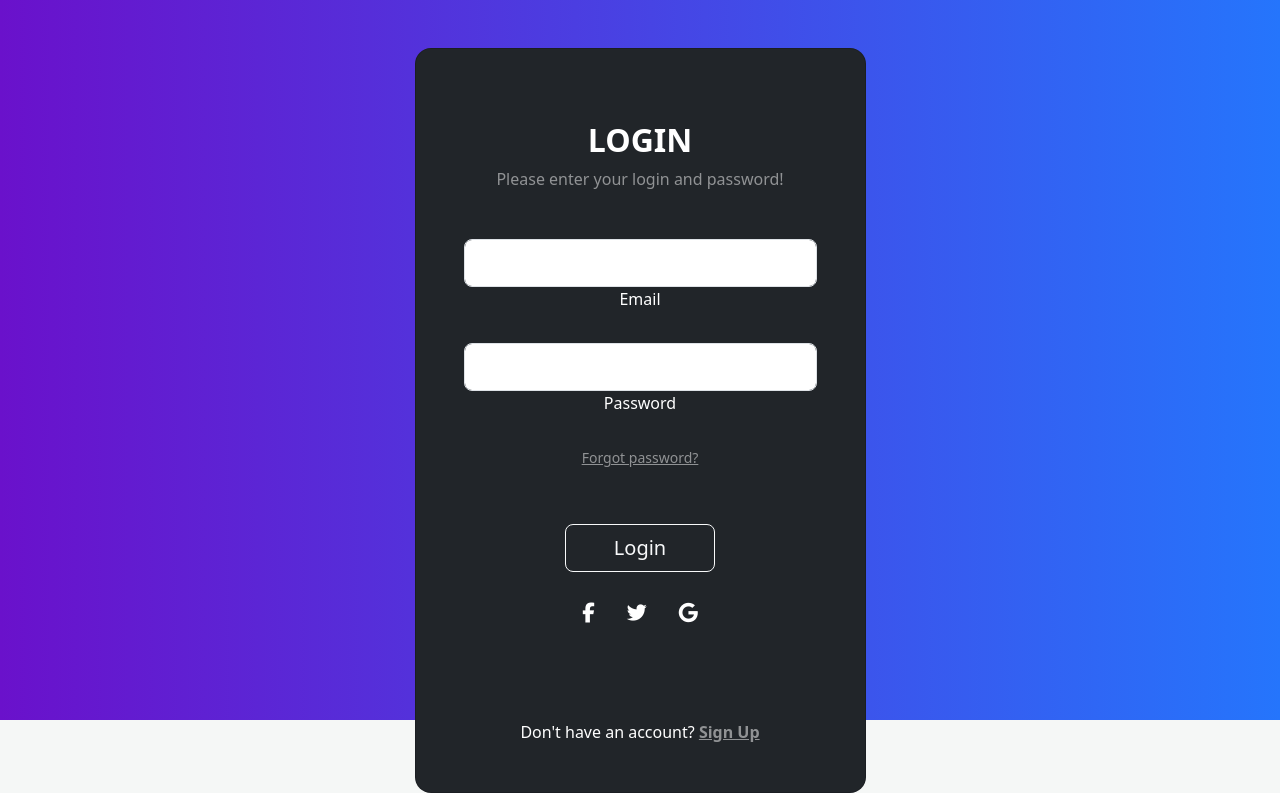
Repository: mihoag/E-commerce-Website
Page: http://localhost/login
An editor plug-in stored every save of this project. The page is shown before and after a run of saves, followed by the edit.
The browser window is 1280 px wide. The pictures show the whole page.
Some web libraries are served in a nearby version. The page is this project's Thymeleaf template; nobody is signed in. The template is opened directly, without the code that normally fills it, so the values that code supplies are empty.

Above is the page before, as saved 2024-07-28 07:27:27.

### EcommerceShop/MyShopWebParent/MyShopBackend/src/main/resources/templates/login.html
<!DOCTYPE html>
<html xmlns:th = "http://www.thymeleaf.org">
<head th:replace="fragment :: html_file" />
<body style="background-color: #f5f7f6;">
   <section class="vh-100 gradient-custom">
  <div class="container py-5 h-100">
    <div class="row d-flex justify-content-center align-items-center h-100">
      <div class="col-12 col-md-8 col-lg-6 col-xl-5">
        <div class="card bg-dark text-white" style="border-radius: 1rem;">
          <div class="card-body p-5 text-center">

            <div class="mb-md-5 mt-md-4 pb-5">

              <h2 class="fw-bold mb-2 text-uppercase">Login</h2>
              <p class="text-white-50 mb-5">Please enter your login and password!</p>

              <div data-mdb-input-init class="form-outline form-white mb-4">
                <input type="email" name="email" class="form-control form-control-lg" />
                <label class="form-label" for="typeEmailX">Email</label>
              </div>

              <div data-mdb-input-init class="form-outline form-white mb-4">
                <input type="password" id="typePasswordX" class="form-control form-control-lg" />
                <label class="form-label" for="typePasswordX">Password</label>
              </div>

              <p class="small mb-5 pb-lg-2"><a class="text-white-50" href="#!">Forgot password?</a></p>

              <button data-mdb-button-init data-mdb-ripple-init class="btn btn-outline-light btn-lg px-5" type="submit">Login</button>

              <div class="d-flex justify-content-center text-center mt-4 pt-1">
                <a href="#!" class="text-white"><i class="fab fa-facebook-f fa-lg"></i></a>
                <a href="#!" class="text-white"><i class="fab fa-twitter fa-lg mx-4 px-2"></i></a>
                <a href="#!" class="text-white"><i class="fab fa-google fa-lg"></i></a>
              </div>

            </div>

            <div>
              <p class="mb-0">Don't have an account? <a href="#!" class="text-white-50 fw-bold">Sign Up</a>
              </p>
            </div>

          </div>
        </div>
      </div>
    </div>
  </div>
</section>
</body>
</html>

### EcommerceShop/MyShopWebParent/MyShopBackend/src/main/resources/templates/fragment.html
<!DOCTYPE html>
<html  xmlns:th = "http://www.thymeleaf.org">
<head th:fragment="html_file">
    <meta charset="UTF-8">
    <meta name="viewport" content="width=device-width, initial-scale=1.0">
    <link href="https://cdn.jsdelivr.net/npm/bootstrap@5.3.2/dist/css/bootstrap.min.css" rel="stylesheet"
        integrity="sha384-T3c6CoIi6uLrA9TneNEoa7RxnatzjcDSCmG1MXxSR1GAsXEV/Dwwykc2MPK8M2HN" crossorigin="anonymous">
    <link rel="stylesheet" href="https://cdnjs.cloudflare.com/ajax/libs/font-awesome/6.4.2/css/all.min.css">
    <script src="https://cdnjs.cloudflare.com/ajax/libs/jquery/3.7.1/jquery.min.js"></script>
    <!--     Fonts and icons     -->
    <link href="https://fonts.googleapis.com/css?family=Open+Sans:300,400,600,700" rel="stylesheet" />
    <!-- Font Awesome Icons -->
    <script src="https://kit.fontawesome.com/3cc4fda4ce.js" crossorigin="anonymous"></script>
    <link rel="stylesheet" th:href="@{/css/admin/header.css}">
    <link rel="stylesheet" th:href="@{/css/admin/sidebar.css}">
    <link rel="stylesheet" th:href="@{/common/style.css}">

</head>
<body>
 <!--Header-->
    <div class="header container-fluid w-100 m-0" th:fragment="header">
        <div class="row w-100">
            <div class="col-md-3">
                <div class="logo ms-5 position-fixed">
                    <a href="/">
                        <img th:src="@{/img/logo.png}" style="width: 90px; height: 70px;">
                    </a>
                </div>
            </div>
            <div class="d-flex justify-content-end col-md-9 fs-5">
                <!-- Admin information -->
                <div class="dropdown">
                  <div class = "d-flex">

                   <div class="dropdown-toggle f-flex" id="dropdownMenuButton" data-bs-toggle="dropdown" aria-expanded="false">
                     <i class="fa-solid fa-user"></i>
                     <span class="nav-link-text ms-3">Le Minh Hoang</span>
                   </div>
                     <ul class="dropdown-menu" aria-labelledby="dropdownMenuButton">
                       <li><a class="dropdown-item" th:href="@{/logout}">Logout</a></li>
                     </ul>
                   </div>
                </div>

                <!-- Dropdown menu -->
                <div th:replace="fragment :: navigationDropdown"></div>
            </div>
        </div>
    </div>

    <!--End header-->
     <!--Side bar-->
     <aside class="navbar navbar-vertical rounded-4 my-3 ms-4 me-4 position-fixed mt-4" style="width: 20%;"
                    id="sidenav-main" th:fragment="sidebar">
        <div class="w-100">
              <ul class="navbar-nav">
                 <li class="nav-item my-2 active">
                  <a class="nav-link active ps-4 py-3" th:href="@{/users}">
                   <span class="nav-icon">
                    <i class="fa-solid fa-user" style="max-width: 20px;"></i>
                   </span>
                  <span class="nav-link-text ms-3">User</span>
                  </a>
                </li>

                <li class="nav-item my-2">
                  <a class="nav-link active ps-4 py-3" th:href="@{/categories}">
                   <span class="nav-icon">
                    <i class="fa-solid fa-list" style="max-width: 20px;"></i>
                   </span>
                  <span class="nav-link-text ms-3">Categories</span>
                  </a>
                </li>

                <li class="nav-item my-2">
                  <a class="nav-link active ps-4 py-3" th:href="@{/brands}">
                   <span class="nav-icon">
                  <i class="fa-solid fa-copyright" style="max-width: 20px;"></i>
                   </span>
                  <span class="nav-link-text ms-3">Brands</span>
                  </a>
                </li>

                <li class="nav-item my-2">
                  <a class="nav-link active ps-4 py-3" th:href="@{/products}">
                   <span class="nav-icon">
                    <i class="fa-solid fa-mobile" style="max-width: 20px;"></i>
                   </span>
                  <span class="nav-link-text ms-3">Products</span>
                  </a>
                </li>

                <li class="nav-item my-2">
                  <a class="nav-link active ps-4 py-3" th:href="@{/customers}">
                   <span class="nav-icon">
                    <i class="fa-solid fa-users" style="max-width: 20px;"></i>
                   </span>
                  <span class="nav-link-text ms-3">Customers</span>
                  </a>
                </li>


                <li class="nav-item my-2">
                  <a class="nav-link active ps-4 py-3" th:href="@{/shipping}">
                   <span class="nav-icon">
                    <i class="fa-solid fa-truck-fast" style="max-width: 20px;"></i>
                   </span>
                  <span class="nav-link-text ms-3">Shipping</span>
                  </a>
                </li>
              </ul>
       </div>
    </aside>

    <div th:fragment="footer" class="text-center m-3">
		<p>MyShop Control Panel - Copyright &copy; MyShop</p>
	</div>

	 <nav th:fragment="navigationDropdown" class="navbar navbar-expand-lg navbar-light bg-light hidden" id= "navigationDropdown">
        <div class="container-fluid">
            <button class="navbar-toggler" type="button" data-bs-toggle="collapse" data-bs-target="#navbarNavDropdown" aria-controls="navbarNavDropdown" aria-expanded="false" aria-label="Toggle navigation">
                <span class="navbar-toggler-icon"></span>
            </button>
            <div class="collapse navbar-collapse" id="navbarNavDropdown">
                <ul class="navbar-nav">
                    <li class="nav-item dropdown">
                        <a class="nav-link dropdown-toggle" th:href="@{/users}" id="navbarDropdownMenuLink" role="button" data-bs-toggle="dropdown" aria-expanded="false">
                            User
                        </a>
                        <ul class="dropdown-menu" aria-labelledby="navbarDropdownMenuLink">
                            <li><a class="dropdown-item" href="#">Action</a></li>
                            <li><a class="dropdown-item" href="#">Another action</a></li>
                            <li><a class="dropdown-item" href="#">Something else here</a></li>
                        </ul>
                    </li>

                    <li class="nav-item dropdown">
                        <a class="nav-link dropdown-toggle" th:href="@{/categories}" id="navbarDropdownMenuLink" role="button" data-bs-toggle="dropdown" aria-expanded="false">
                            Categories
                        </a>
                        <ul class="dropdown-menu" aria-labelledby="navbarDropdownMenuLink">
                            <li><a class="dropdown-item" href="#">Action</a></li>
                            <li><a class="dropdown-item" href="#">Another action</a></li>
                            <li><a class="dropdown-item" href="#">Something else here</a></li>
                        </ul>
                    </li>

                    <li class="nav-item dropdown">
                        <a class="nav-link dropdown-toggle" href="@{/brands}" id="navbarDropdownMenuLink" role="button" data-bs-toggle="dropdown" aria-expanded="false">
                            Brands
                        </a>
                        <ul class="dropdown-menu" aria-labelledby="navbarDropdownMenuLink">
                            <li><a class="dropdown-item" href="#">Action</a></li>
                            <li><a class="dropdown-item" href="#">Another action</a></li>
                            <li><a class="dropdown-item" href="#">Something else here</a></li>
                        </ul>
                    </li>

                    <li class="nav-item dropdown">
                        <a class="nav-link dropdown-toggle" href="@{/products}" id="navbarDropdownMenuLink" role="button" data-bs-toggle="dropdown" aria-expanded="false">
                            Products
                        </a>
                        <ul class="dropdown-menu" aria-labelledby="navbarDropdownMenuLink">
                            <li><a class="dropdown-item" href="#">Action</a></li>
                            <li><a class="dropdown-item" href="#">Another action</a></li>
                            <li><a class="dropdown-item" href="#">Something else here</a></li>
                        </ul>
                    </li>

                    <li class="nav-item dropdown">
                        <a class="nav-link dropdown-toggle" href="@{/customers}" id="navbarDropdownMenuLink" role="button" data-bs-toggle="dropdown" aria-expanded="false">
                            Customers
                        </a>
                        <ul class="dropdown-menu" aria-labelledby="navbarDropdownMenuLink">
                            <li><a class="dropdown-item" href="#">Action</a></li>
                            <li><a class="dropdown-item" href="#">Another action</a></li>
                            <li><a class="dropdown-item" href="#">Something else here</a></li>
                        </ul>
                    </li>

                    <li class="nav-item dropdown">
                        <a class="nav-link dropdown-toggle" href="@{/shipping}" id="navbarDropdownMenuLink" role="button" data-bs-toggle="dropdown" aria-expanded="false">
                            Shipping
                        </a>
                        <ul class="dropdown-menu" aria-labelledby="navbarDropdownMenuLink">
                            <li><a class="dropdown-item" href="#">Action</a></li>
                            <li><a class="dropdown-item" href="#">Another action</a></li>
                            <li><a class="dropdown-item" href="#">Something else here</a></li>
                        </ul>
                    </li>

                </ul>
            </div>
        </div>
    </nav>


</body>

</html>

### EcommerceShop/MyShopWebParent/MyShopBackend/src/main/resources/static/css/admin/header.css
/* Header */
	.header {
		top: 0;
		z-index: 12;
		padding: 15px 0 5px 0 ;
	}

	/* Logo */
		.header .logo {
			width: 250px;
			height: 60px;
			float: left;
			transition-duration: .1s;
		}
		.header .logo:hover {
			transform: scale(1.05)
		}
		.header .logo img {
			width: 100%;
			height: 100%;
			vertical-align: middle;
		}
	/* ======= End logo ======== */

	/* Content */
		.header .content{
			/* tru width cua logo */
			width: calc(100% - 250px);
			float: left;
		}

		/* Search */
			.search-header {
				float: left;
			}

			form.input-search {
				margin-left: 20px;
				background: #ddd;
				border: 2px solid #bbb;
				border-radius: 10px;
				height: 35px;
				width: 300px;
				/* điều chỉnh width của ô tìm kiếm trên header ở đây */
			}
			.input-search input {
				float: left;
				padding-left: 15px;
				border: none;
				border-radius: 10px 0 0 10px;
				height: 100%;
				width: calc(100% - 100px - 20px);
				/* 100 la width button, 20 la padding button */
			}
			.input-search button {
				float: right;
				font-size: 14px;
				font-weight: bold;
				padding: 0 10px;
				color: #888;
				background: none;
				width: 100px;
				height: 100%;
				border: none;
				cursor: pointer;
				-webkit-transition-duration: .3s;
				     -o-transition-duration: .3s;
				        transition-duration: .3s;
			}
			.input-search button:hover {
				color: #000;
			}

			.tags {
				margin: 5px 0 0 20px;
				font-size: 13px;
			}
			.tags a {
				color: gray;
				padding: 0 5px;
			}
			.tags a:hover {
				color: black;
				text-decoration: underline;
			}

			/* W3 school autocomplete */
				.autocomplete {
					/*the container must be positioned relative:*/
					position: relative;
					height: 100%;
				}
				.autocomplete-items {
					position: absolute;
					border: 1px solid #d4d4d4;
					border-bottom: none;
					border-top: none;
					z-index: 99;
					/*position the autocomplete items to be the same width as the container:*/
					top: 100%;
					left: 0;
					right: 0;
				}
				.autocomplete-items div {
					padding: 10px;
					cursor: pointer;
					background-color: #fff;
					border-bottom: 1px solid #d4d4d4;
				}
				.autocomplete-items div:hover {
					/*when hovering an item:*/
					background-color: #e9e9e9;
				}
				.autocomplete-active {
					/*when navigating through the items using the arrow keys:*/
					background-color: DodgerBlue !important;
					color: #ffffff;
				}
			/* End auto complete */
		/* ======= End search ========== */

		/* Tools Member */
			.tools-member {
				float: right;
				display: table;
				margin-left: 10px;
				font-size: 14px;
			}

			.tools-member a {
				position: relative;
				padding: 5px 0;
				text-align: center;
				font-size: 16px;
				font-weight: bold;
				color: #565;
				cursor: pointer;
			}
			.tools-member a:hover > i {
				border: 1px solid #fff;
				background-color: rgb(161, 161, 161);
				color: #fff;
			}

			.tools-member i { /* icon */
				padding: 10px;
				border-radius: 50%;
				border: 1px solid #ccc;
				background-color: #fff;
				color: #000;
				-webkit-transition: 0.2s;
				-o-transition: 0.2s;
				transition: 0.2s;
			}
			.tools-member .fa-user {
				padding: 10px 12.5px;
			}
			.tools-member .fa-shopping-cart {
				padding: 10px 11px;
			}
			/* Member */
				.member {
					position: relative;
					float: left;
					display: table-cell;
				}
				.member:hover > .menuMember{
					z-index: 20;
					transform: translateX(-40%) scale(1);
				}
				.member .menuMember {
					position: absolute;
					left: 0;
					text-align: center;
					border-radius: 5px;
					background-color: #eee;
					min-width: 170px;
					transition-duration: .15s;
					transform: translateX(-40%) scale(0);
				}
				.member .menuMember a {
					display: block;
					padding: 10px 0;
				}
				.member .menuMember a:hover {
					background-color: #888;
					color: #eee;
				}
				.member .hide {
					display: none;
				}
			/* ======= End Member ======= */

			/* Cart */
				.cart {
					float: left;
					display: table-cell;
					/* border-left: 1px solid #bbb; */
					margin: 0 15px;
					padding-left: 5px;
				}
				.cart-number {
					position: absolute;
					left: 1.4em;
					bottom: -1em;
					font-weight: bold;
					font-size: 1em;
					color: red;
					border-radius: 50%;
					width: 2em;
					height: 2em;
					line-height: 2em;
					text-align: center;
				}
				.cart .cart-number {
					transition-duration: .4s;
				}
			/* ======= End Cart ======== */

			/* Check Order - Đã loại bỏ */
				.check-order {
					float: left;
					display: table-cell;
					border-left: 1px solid #bbb;
					margin-left: 5px;
					padding-left: 5px;
				}
			/* ======= End Check Order ======= */
		/* ======= End Tools Member ======= */
	/* ======= End Content ========= */
/* ======= End header ======== */

### EcommerceShop/MyShopWebParent/MyShopBackend/src/main/resources/static/css/admin/sidebar.css
.navbar-nav li.active {
    background-color: #ffffff;
    border-radius: 10px;
    font-weight: 600;
    box-shadow: 0 20px 27px 0 rgba(0, 0, 0, 0.05);
}

.navbar-nav .nav-item {
    margin-left: 0; /* Set an initial value for margin-left */
    transition: margin-left 0.3s ease-in-out;
}

.navbar-nav .nav-item:hover {
    margin-left: 10px; /* Adjust this value to your preference */
}

.nav-icon {
    display: inline-block;
    justify-content: center;
    box-shadow: 0 10px 10px 0 rgba(8, 8, 8, 0.05);
    background-color: #ffffff;
    padding: 2px 5px;
    border-radius: 10px;
    min-width: 20px;
}

### EcommerceShop/MyShopWebParent/MyShopBackend/src/main/resources/static/common/style.css
.hidden {
    display: none;
}
a:hover {
  cursor: pointer;
}

 .toast-container {
            position: fixed;
            bottom: 20px;
            right: 20px;
            z-index: 1055;
 }

 @media screen and (min-width: 768px) and (max-width: 1024px) {
	/* medium screen */
	table.full-details {
		display: block;
	}
	div.less-details {
		display: none;
	}
	.hideable-column {
		display: none
	}
}

@media screen and (min-width: 1024px) {
	/* small screen */
	div.less-details {
		display: none;
	}
	.hideable-column {
		display: table-cell;
	}
}

@media screen and (max-width: 768px) {
	/* small screen */
	table.full-details {
		display: none
	}
	div.less-details {
		display: block;
	}
}

.gradient-custom {
/* fallback for old browsers */
background: #6a11cb;

/* Chrome 10-25, Safari 5.1-6 */
background: -webkit-linear-gradient(to right, rgba(106, 17, 203, 1), rgba(37, 117, 252, 1));

/* W3C, IE 10+/ Edge, Firefox 16+, Chrome 26+, Opera 12+, Safari 7+ */
background: linear-gradient(to right, rgba(106, 17, 203, 1), rgba(37, 117, 252, 1))
}

After the next 2 saves:
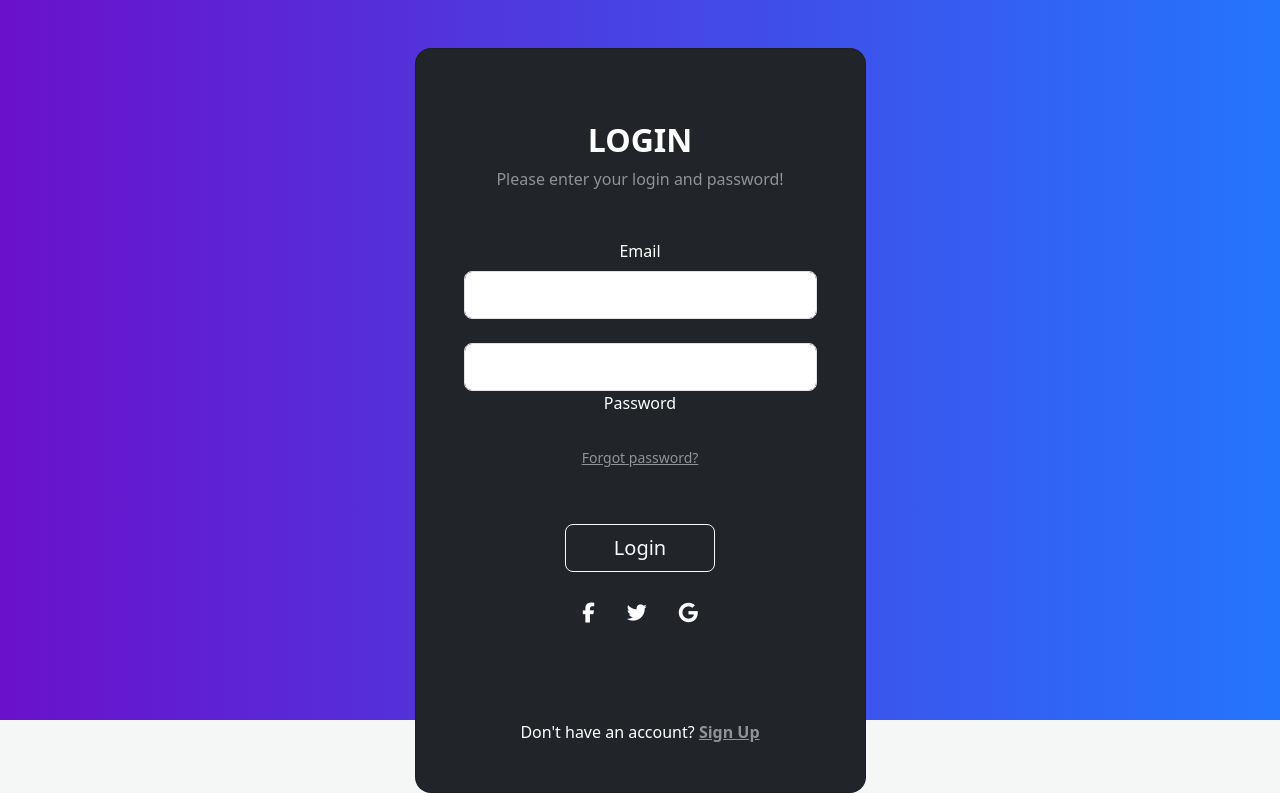
The 2 saves are shown as one change because they came seconds apart.
The last was saved 14 s later.
--- a/EcommerceShop/MyShopWebParent/MyShopBackend/src/main/resources/templates/login.html
+++ b/EcommerceShop/MyShopWebParent/MyShopBackend/src/main/resources/templates/login.html
@@ -15,8 +15,8 @@
               <p class="text-white-50 mb-5">Please enter your login and password!</p>
 
               <div data-mdb-input-init class="form-outline form-white mb-4">
+                <label class="form-label" for="typeEmailX">Email</label>
                 <input type="email" name="email" class="form-control form-control-lg" />
-                <label class="form-label" for="typeEmailX">Email</label>
               </div>
 
               <div data-mdb-input-init class="form-outline form-white mb-4">
